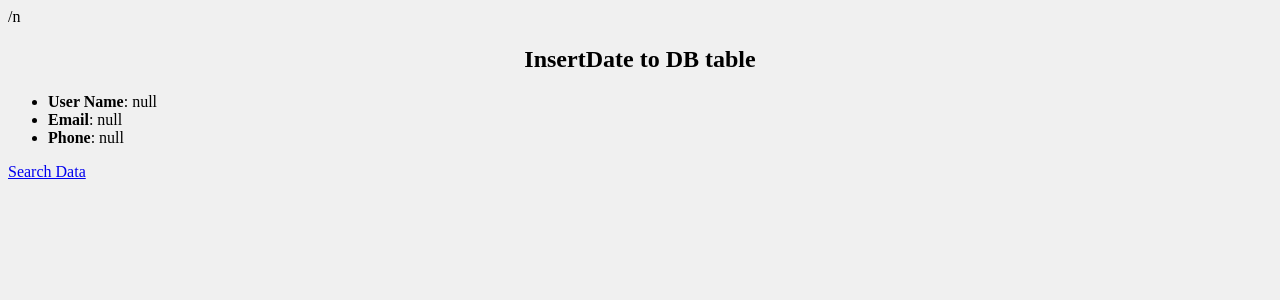
Repository: huappy/Tech-Exercise
Page: http://localhost/Tech_Exercise_Hausman/InsertTask
An editor plug-in stored every save of this project. The page is shown before and after the next save, followed by the edit.
The browser window is 1280 px wide. The pictures show the whole page.
The page is served by Tomcat 9.

Above is the page before, as saved 2023-03-22 23:29:19.

After the next save:
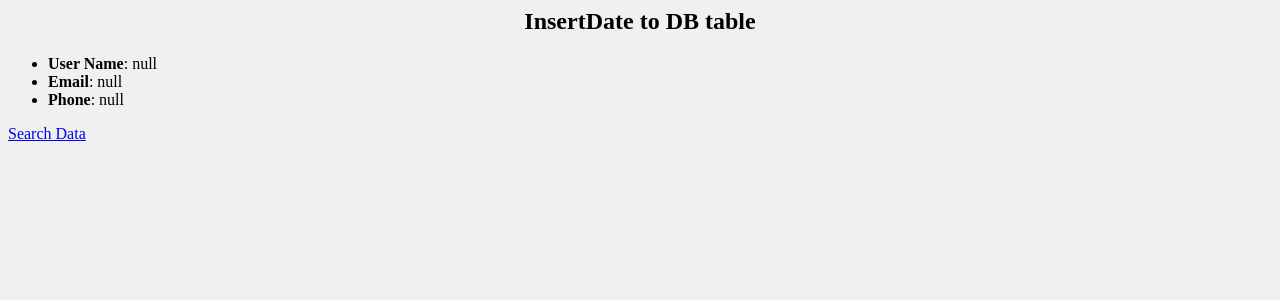
Saved 68 s later.
--- a/workspace4830-Tech_Exercise-Hausman/Tech_Exercise_Hausman/src/main/java/InsertTask.java
+++ b/workspace4830-Tech_Exercise-Hausman/Tech_Exercise_Hausman/src/main/java/InsertTask.java
@@ -72,7 +72,7 @@ public class InsertTask extends HttpServlet {
 		String title = "InsertDate to DB table";
 		String docType = "<!doctype html public \"-//w3c//dtd html 4.0 " + "transitional//en\">\n";
 		out.println(docType +
-				"<html>/n" +
+				"<html>" +
 				"<head><title>" + title + "</title></head>\n" +
 				"<body bgcolor=\"#f0f0f0\">\n" +
 				"<h2 align=\"center\">" + title + "</h2>\n" +
